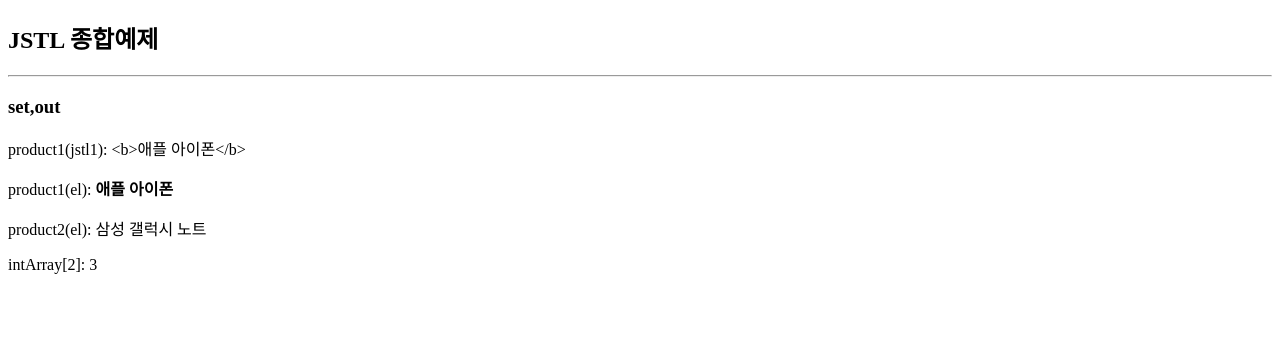
Repository: heezzanggg/JSPWebProgramming
Page: http://localhost/jwbook/ch07/jstlExam.jsp
These files come from the project's save history. The page is drawn as it stood at one moment and after the next save; the edit follows.
The browser window is 1280 px wide. The pictures show the whole page.
The page is served by Tomcat 9.

Above is the page before, as saved 2023-03-27 18:20:37.

After the next save:
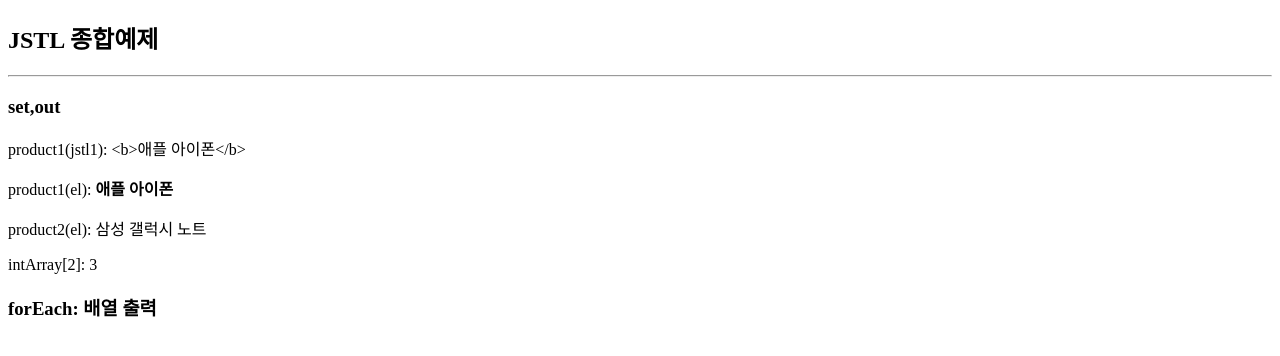
Saved 13 s later.
--- a/JSPWebProgramming/jwbook/src/main/webapp/ch07/jstlExam.jsp
+++ b/JSPWebProgramming/jwbook/src/main/webapp/ch07/jstlExam.jsp
@@ -26,6 +26,6 @@
 	<p>intArray[2]: ${intArray[2]}</p>
 
 	<!-- forEach -->
-
+	<h3>forEach: 배열 출력</h3>
 </body>
 </html>
